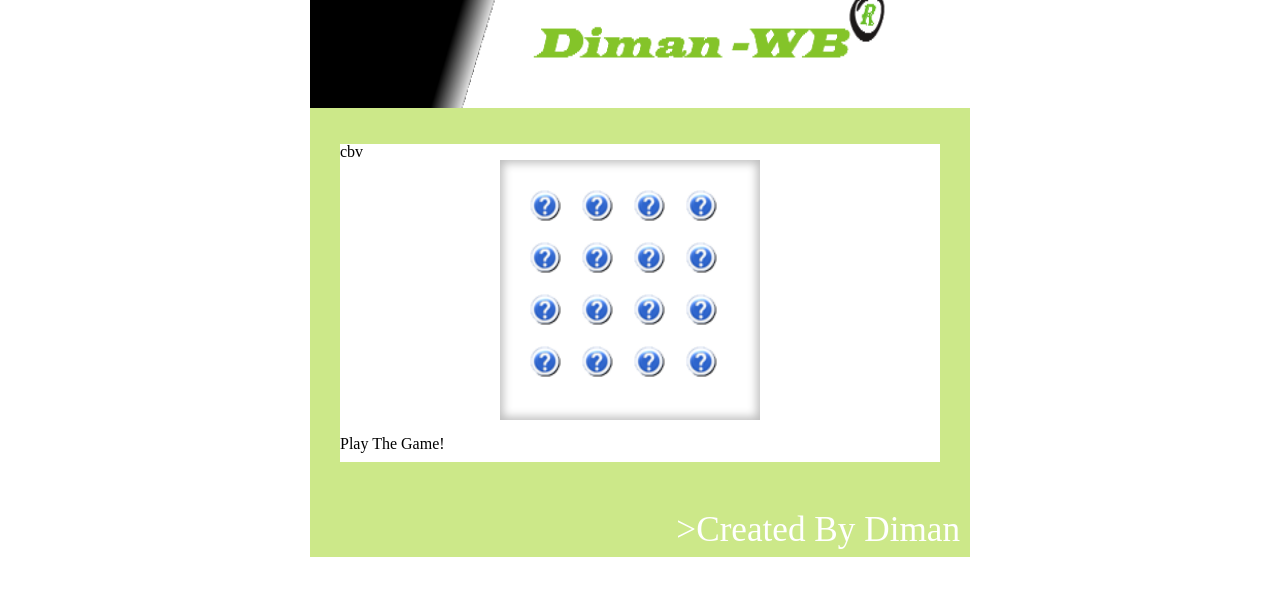
Repository: dn222em/1dv403-laborationer
Page: 3-gameon/index.html
The author's editor kept a record of every edit. The page is drawn from the files as they stood at one moment, then again after the next edit.
The browser window is 1280 px wide. The pictures show the whole page.
After loading, the first visible `#picture\ No1` was clicked once.

Above is the page before.
Console error: TypeError: picture.setAttribute is not a function

### 3-gameon/index.html
<!doctype html>
<html lang="sv">
<head>

        <meta charset="utf-8">
        <title>Game On</title>
        <link rel="stylesheet" href="style.css" />
        <script type="text/javascript" src="memory/script/random.js"></script>
        <script type="text/javascript" src="memory/script/MemoryBoard.js"></script>

</head>
<body>
    <div id="container">
        <header>
			<h1>Memory Game</h1>
		</header>
    <main id="main">
        cbv
        <div id="memoryBoard">
        </div>
                <br />
    <p>Play The Game!</p>
    </main>
            <footer id="footer"><p>>Created By Diman</p></footer>
    </div>
</body>

</html>

### 3-gameon/style.css



/*Reset-styleshhet
-----------------------------------------------------------------------------*/
/* http://meyerweb.com/eric/tools/css/reset/
   v2.0 | 20110126
   License: none (public domain)
*/

html, body, div, span, applet, object, iframe,
h1, h2, h3, h4, h5, h6, p, blockquote, pre,
a, abbr, acronym, address, big, cite, code,
del, dfn, em, img, ins, kbd, q, s, samp,
small, strike, strong, sub, sup, tt, var,
b, u, i, center,
dl, dt, dd, ol, ul, li,
fieldset, form, label, legend,
table, caption, tbody, tfoot, thead, tr, th, td,
article, aside, canvas, details, embed,
figure, figcaption, footer, header, hgroup,
menu, nav, output, ruby, section, summary,
time, mark, audio, video {
	margin: 0;
	padding: 0;
	border: 0;
	font-size: 100%;
	font: inherit;
	vertical-align: baseline;
}
 HTML5 display-role reset for older browsers
article, aside, details, figcaption, figure,
footer, header, hgroup, menu, nav, section {
	display: block;
}
body {
	line-height: 1;
}
ol, ul {
	list-style: none;
}
blockquote, q {
	quotes: none;
}
blockquote:before, blockquote:after,
q:before, q:after {
	content: '';
	content: none;
}
table {
	border-collapse: collapse;
	border-spacing: 0;
}
/*End of Reset - stylesheet
--------------------------------------------------------------------
/*CSS -Stylesheet
======================================================================================================*/
#container{
    width: 660px;
    height:auto;
	background-color:#cce889;/*#c2d8fc;*/
	margin:0 auto;
	padding:0;
	background-image:url("pics/20.png");
	background-repeat:no-repeat;
	background-size:660px 130px;
	margin-top:-22px;

}


h1{
	margin-bottom:50px;
}


#main {

	background-color: #FFF;
	width: 600px;
	margin:10px auto 10px auto;
	height:auto;
	margin-top:150px;
	padding-bottom:10px;
}




footer{
	margin-top:50px;
	clear:both;
}

footer p {
	font-family:'Pacifico', cursive;
	font-size:2.2em;
	text-align:right;
	color:#fff;
	margin:10px;
	padding-bottom:10px;
}
.comment-paragraf{
	width:500px;
	margin:2px;
}
/*=======================================================p - total comments*/
.count-comments{
	font-size:1em;
	font-family:'Times';
	float:right;
	margin-right:26px;
	margin-bottom:-2px;
	color:#888;
}

.count-length{
	font-size:1.3em;

}

/*=========================================================page*/
#page{
	width:auto;
	height:auto;
	color:#555;
	margin:20px;
	border-bottom:1px solid #e1e1e1;
	border:none;

}

/*==========================================================comment area*/
.main-comment{
	margin:20px;
	width:auto;
	height:auto;
	color:#444;

}

.comment-title{

	height:45px;
	line-height:37px;
	font-size:1.4em;
	font-family:'Arial';
	margin:0 5px 0 5px;
	color:#555;
	margin-top:80px;

}

/*====================================================posted comments*/
.comments-list{
	font-size:1em;
	font-family:'Times';
	margin:10px 5px 10px 5px;
	color:#555;
	color:#766;

}

#comment-holder{
	list-style-type:none;
	margin:0px;
	padding:0px;
	width:auto;
	height:auto;
}


.comment-holder-li{
	list-style-type:none;
	margin:5px 0px 5px 0px;
 	border:1px solid black;/*#e1e1e1;*/
 	padding-left:5px;
 	padding-right:5px;
	background-color:#cce889;
	min-height:80px;
	display:block;


}

.comment-holder-li:hover{
	background-color:#FDB;
}

/*=======================================================date*/
.comment-date{
	float:right;
}

.writen-date{

	font-family:Arial;
	color:red;
	font-size:0.7em;
	float:right;
	position: relative;
	margin-right:18px;
	padding-top:10px;
	margin-top:-25px;

}


/*========================================================buttons*/

.comment-upp-buttons ul{
    margin: 10px;
    padding: 5px;

}

.comment-upp-buttons li{

   	width: 60px;
    display: inline;
    border:none;
	list-style-type: none;
	padding: 10px;


}

.date-button, .delete-button{
	width: 60px;
    display: inline;
	float:right;
	position: relative;
	width:24px;
	height:24px;
	top:-10px;
	cursor:pointer;


}

.date-button:hover{
	-webkit-transform: scale(1.2);
    -moz-transform: scale(1.2);
    transform: scale(1.2);
}
.date-button:active{
	-webkit-transform: scale(1);
    -moz-transform: scale(1);
    transform: scale(1);
}

.delete-button:hover{
	-webkit-transform: scale(1.2);
    -moz-transform: scale(1.2);
    transform: scale(1.2);
}
.delete-button:active{
	-webkit-transform: scale(1.0);
    -moz-transform: scale(1.0);
    transform: scale(1.0);
}


/*==================================================comments textarea*/
.comment-box{
	height:130px;
	width:auto;
	margin:5px;
	margin-right:20px;
	margin-left:25px;
	margin-top:55px;
	min-height:100px;


}

#comment-box{
	width:98%;
	color:#223;/*#272426;*/
	height:98%;
	position:relative;
	resize:none;
	margin-top:-1px;

}

#comment-box:hover{
	border:2px solid #279521;
}

#comment-publish-button{
	margin-top:-2px;
	float:right;
	margin-right:25px;

}
/*=============================memory board=========*/
#memoryBoard{
	width: 220px;
	height:220px;

	background-color:#fff;/*#e1e1e1;*/

	padding:20px 20px  20px 20px;
	margin-left:160px;

	box-shadow:3px 0px 8px  0px #bdbdbd inset;
	box-shadow:0px 0px 10px  3px #bdbdbd inset;
}


/*========================default pictures==============*/
.defaultPicture{
	cursor:pointer;
	float:left;
	padding-right:10px;
	padding-left:10px;
	padding-bottom:10px;
	padding-top:10px;
	width:32px;
	height:32px;

}

.defaultPicture:hover{
	-webkit-transform: scale(1.2);
    -moz-transform: scale(1.2);
    transform: scale(1.2);
}
.defaultPicture:active{
	-webkit-transform: scale(1);
    -moz-transform: scale(1);
    transform: scale(1);
}

.defaultPicture:hover{
	-webkit-transform: scale(1.2);
    -moz-transform: scale(1.2);
    transform: scale(1.2);
}
.defaultPicture:active{
	-webkit-transform: scale(1.0);
    -moz-transform: scale(1.0);
    transform: scale(1.0);
}

### 3-gameon/memory/script/MemoryBoard.js
"use strict";
/* I denna fil körs vår applikation.
 * Vi använder window.onload för att starta applikationen när
 * fönstret laddat klart. *
 */
var MemoryBoard = {

    count : 0,

    init : function (){

        ++MemoryBoard.count;

        var defaultPictures = [];
        var picture=null;
        var memoryBoard=null;

        pushElements(defaultPictures);

        function pushElements(defaultPictures){
            for (var i =0; i<16; i++){
                console.log(i);
                picture = document.createElement("img");
                memoryBoard = document.getElementById("memoryBoard");
                document.getElementById("memoryBoard").appendChild(picture);
                picture.setAttribute("src", "memory/pics/0.png");
                picture.addEventListener("click", showImage);

                picture.id="picture No"+ MemoryBoard.count;
                picture.className="defaultPicture";
                MemoryBoard.count++;
                picture.innerHTML;
                memoryBoard.appendChild(picture);
                defaultPictures.push(picture);
                console.log(defaultPictures);

            }
        }
        function showImage(picture){

            return picture.setAttribute("src", "memory/pics/1.png");

            /*picture = document.createElement("img");
            memoryBoard = document.getElementById("memoryBoard");
            document.getElementById("memoryBoard").appendChild(picture);
            picture.setAttribute("src", "memory/pics/1.png");

            picture.id="picture No"+ MemoryBoard.count;
            picture.className="defaultPicture";
            MemoryBoard.count++;
            picture.innerHTML;
            memoryBoard.appendChild(picture);*/
        }


        /*var memoryBoard = document.getElementById("memoryBoard");


        //memoryBoard.appendChild(picture);


        var gameBoard = document.createElement("div");
        document.getElementById("memoryBoard").appendChild(gameBoard);
        gameBoard.innerHTML = pushElements();
        memoryBoard.appendChild(gameBoard);*/


       // = url("../pics/0.png");
        console.log("hello");
                console.log(defaultPictures);
                                console.log();



    }

};

window.onload = MemoryBoard.init;

Loaded but not shown: 3-gameon/memory/script/random.js (no copy from this time; the picture is the same without it)

After the next edit:
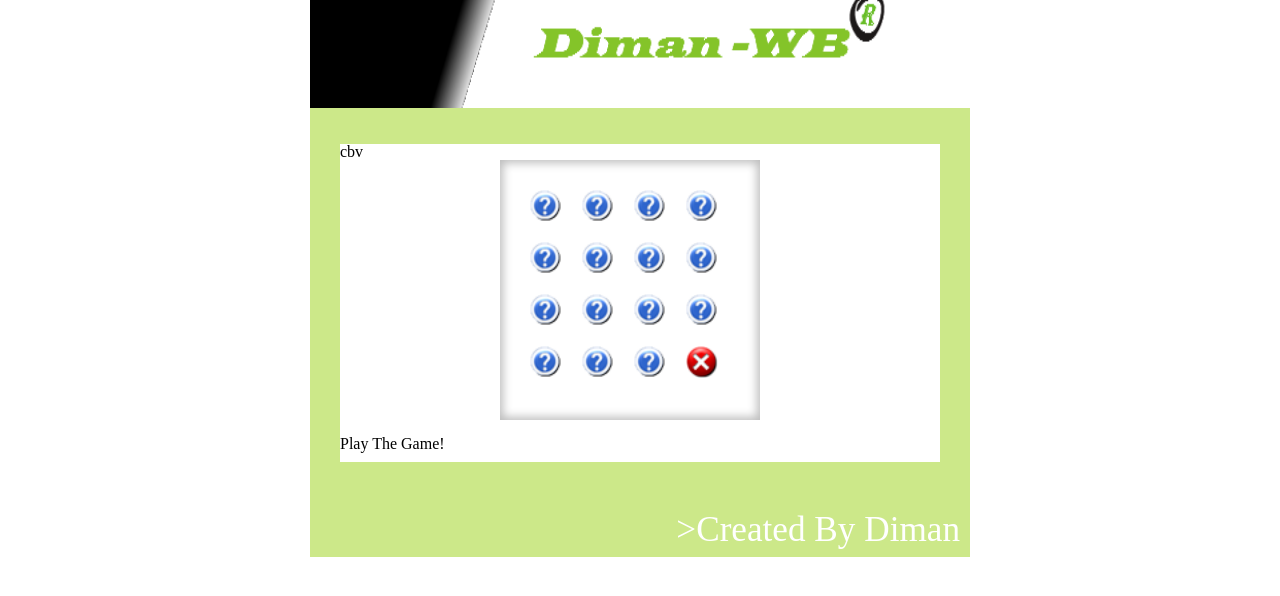
The error is gone.
The edit:
--- a/3-gameon/memory/script/MemoryBoard.js
+++ b/3-gameon/memory/script/MemoryBoard.js
@@ -36,7 +36,7 @@
 
             }
         }
-        function showImage(picture){
+        function showImage(){
 
             return picture.setAttribute("src", "memory/pics/1.png");
 
